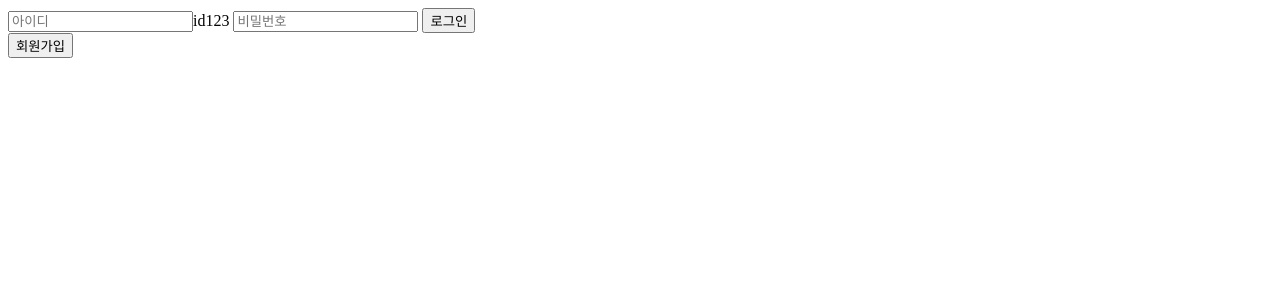
Repository: kokoko12334/myvocab-toy
Page: http://localhost/myVocabularyList/home.jsp
These files come from the project's save history. The page is drawn as it stood at one moment and after the next save; the edit follows.
The browser window is 1280 px wide. The pictures show the whole page.
The page is served by Tomcat 9.

Above is the page before, as saved 2023-04-08 03:43:32.

After the next save:
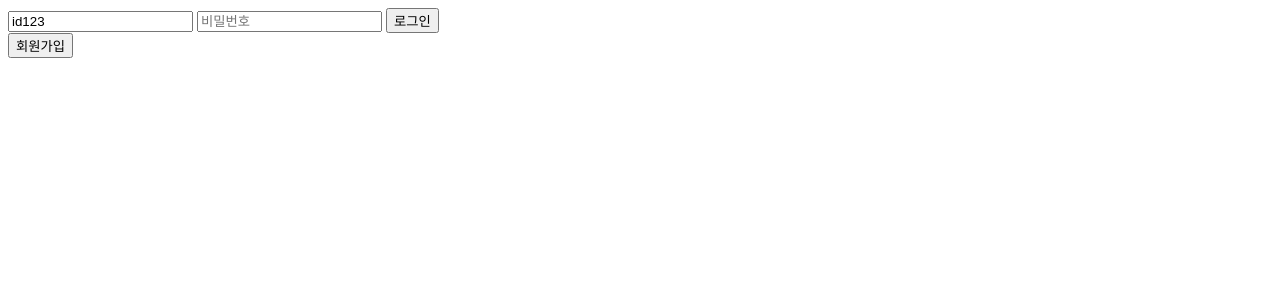
Saved 15 s later.
--- a/myVocabularyList/src/main/webapp/home.jsp
+++ b/myVocabularyList/src/main/webapp/home.jsp
@@ -14,7 +14,7 @@
 
 	<div>
 		<form action = "/login" method = "post" >
-			<input type = "text" name = "id" placeholder = "아이디">id123
+			<input type = "text" name = "id" placeholder = "아이디" value = "id123">
 			<input type = "password" name = "pwd" placeholder = "비밀번호">
 			<input type = "submit" value = "로그인">
 
